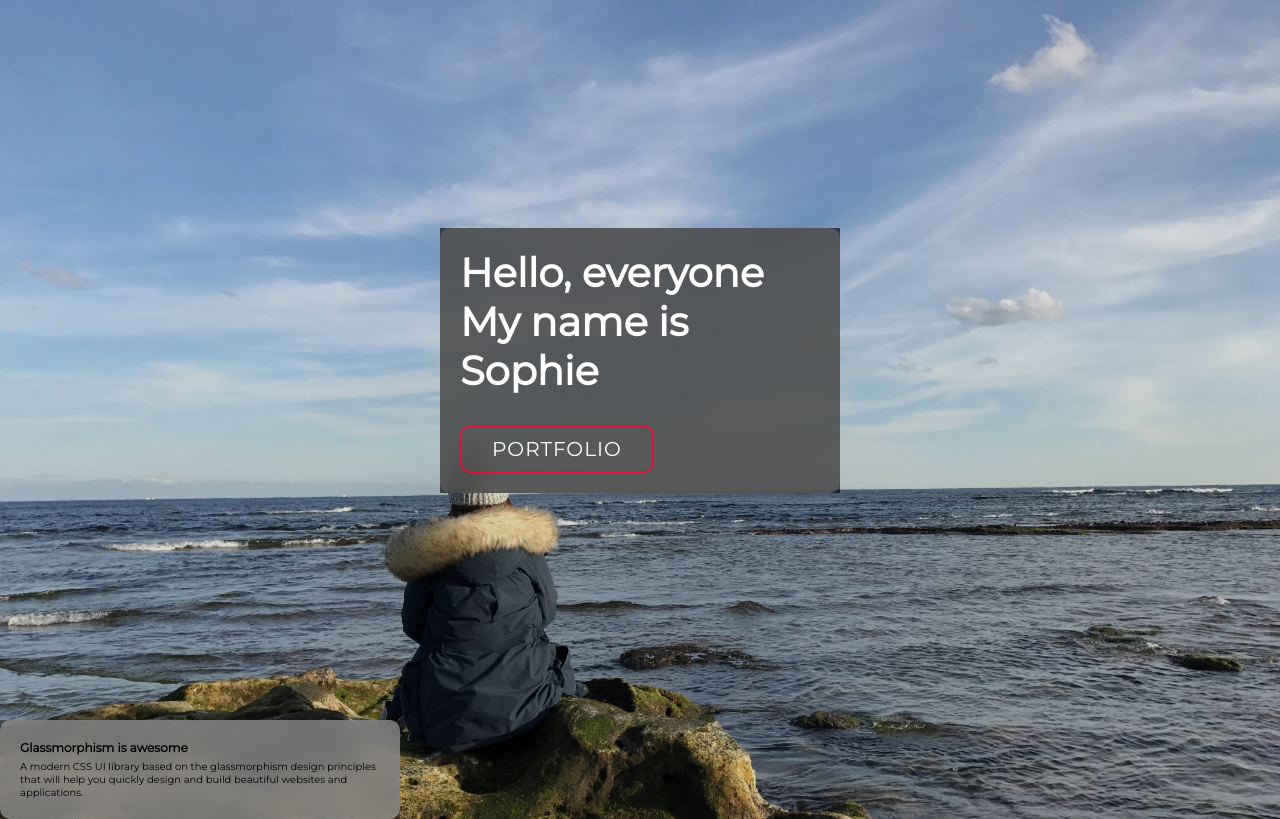
Repository: wenxi0504/StaticWebsite_Profolio
Page: index.html
These files come from the project's save history. The page is drawn as it stood at one moment and after the next save; the edit follows.
The browser window is 1280 px wide. The pictures show the whole page.

Above is the page before, as saved 2022-03-01 23:39:47.

After the next save:
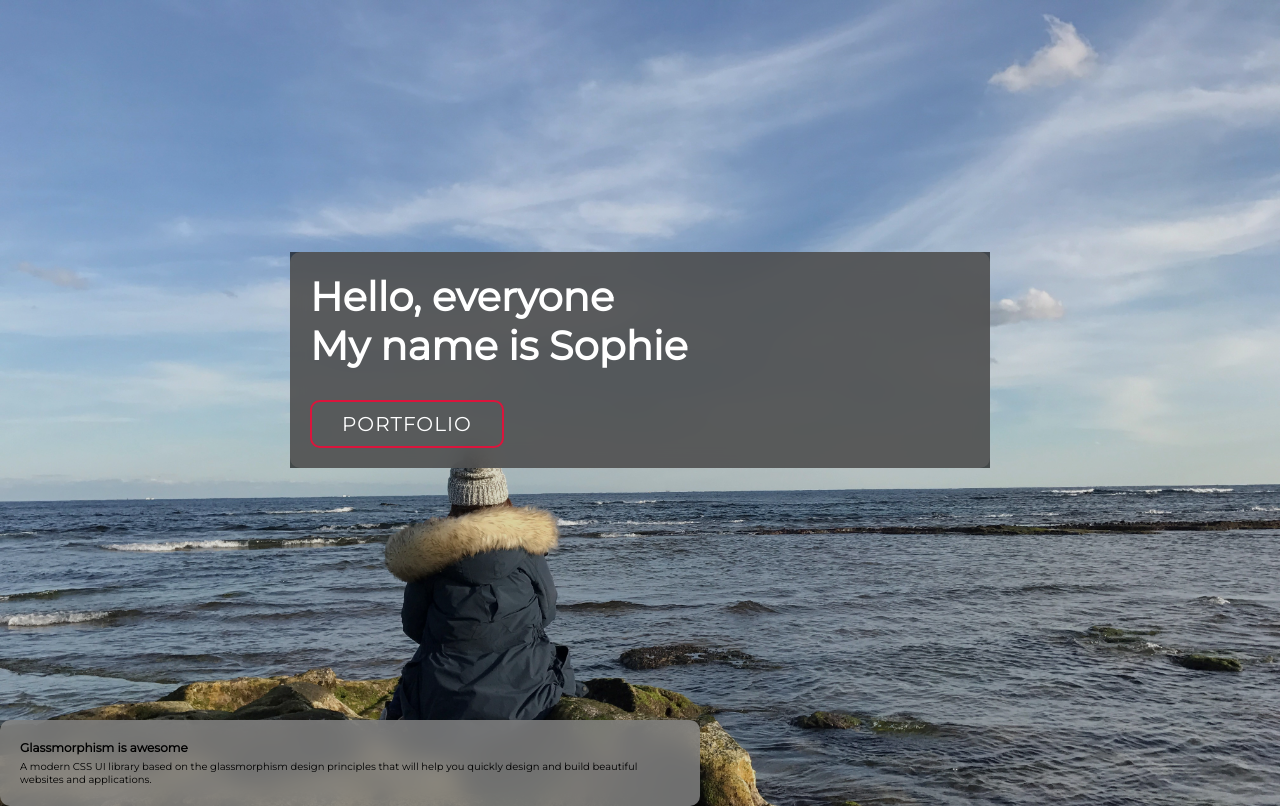
Saved 20 s later.
--- a/style.css
+++ b/style.css
@@ -44,8 +44,9 @@
     opacity: 15%;
     z-index: -1;
 }
+
 .card {
-    width: 400px;
+    width: 700px;
     height: auto;
     padding: 2rem;
     background: rgba(255, 255, 255, .7);

After the save that followed:
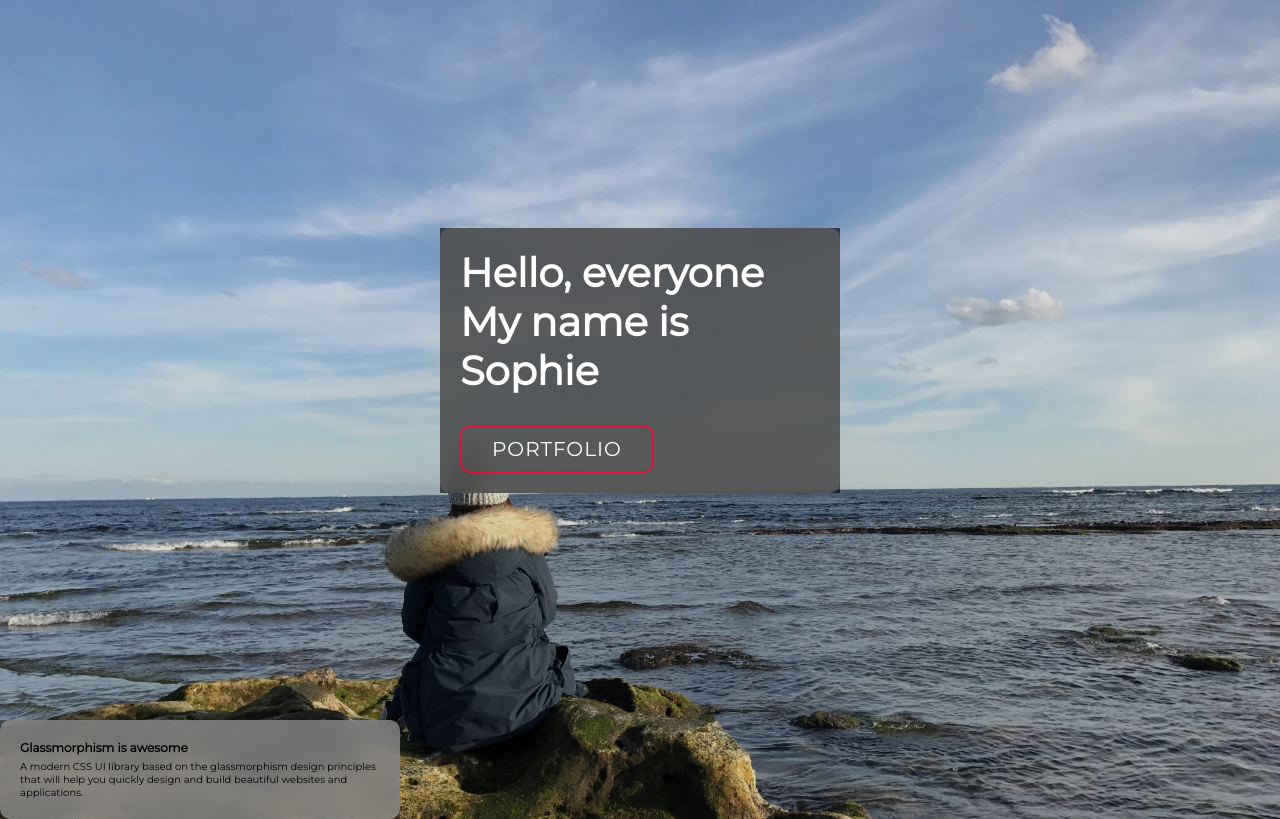
Saved 8 s later.
--- a/style.css
+++ b/style.css
@@ -46,7 +46,7 @@
 }
 
 .card {
-    width: 700px;
+    width: 400px;
     height: auto;
     padding: 2rem;
     background: rgba(255, 255, 255, .7);
